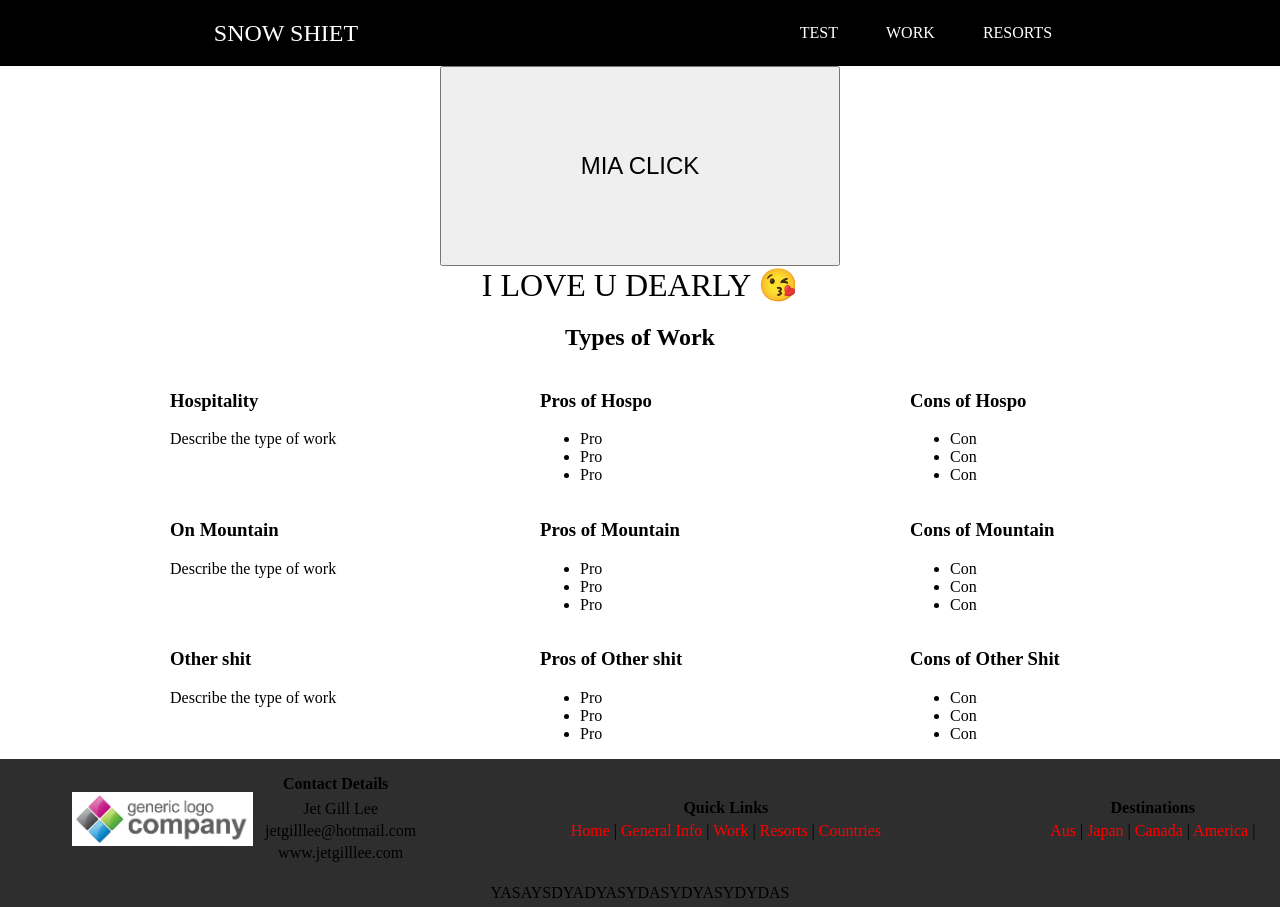
Repository: Jet-Gill-Lee/SnowSite
Page: work-overview.html
An editor plug-in stored every save of this project. The page is shown before and after the next save, followed by the edit.
The browser window is 1280 px wide. The pictures show the whole page.

Above is the page before, as saved 2021-07-25 00:14:25.

After the next save:
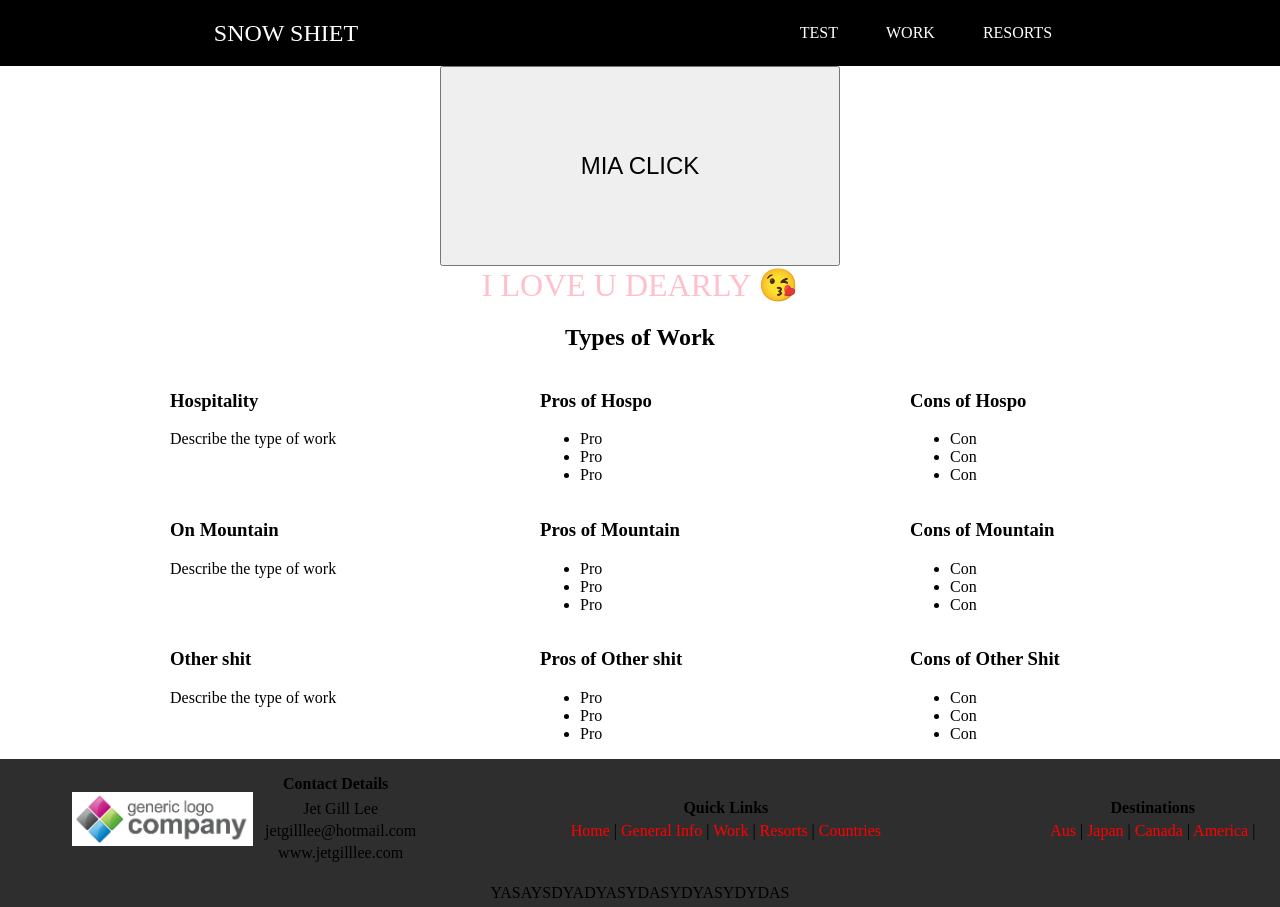
Saved 21 s later.
--- a/work-overview.html
+++ b/work-overview.html
@@ -27,7 +27,7 @@
     </div>
   </div>
   <button id="brodie-button" style='width:400px;height:200px;margin:auto;display:block;font-size:x-large'>MIA CLICK</button>
-  <div class="hero-text" style='font-size:xx-large;display:block;margin:auto;text-align:center;'>I LOVE U DEARLY 😘</div>
+  <div class="hero-text" style='font-size:xx-large;display:block;margin:auto;text-align:center;color:pink'>I LOVE U DEARLY 😘</div>
 <!-- MAIN -->
   <div id="page-main">
     <div id="main-info">
